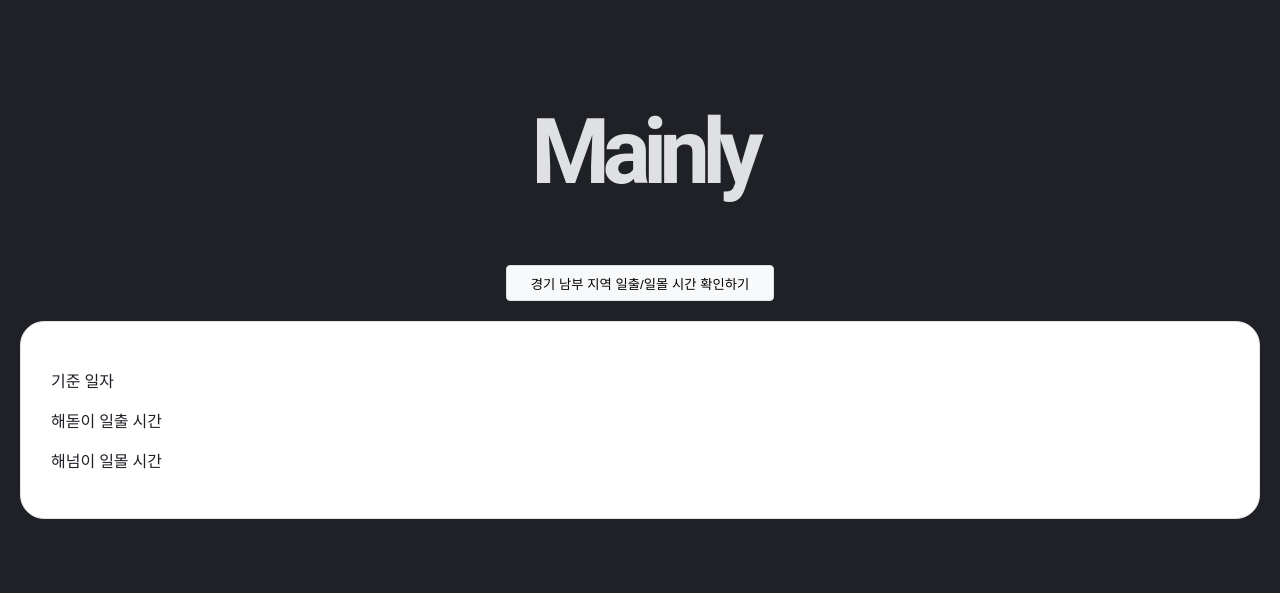
Repository: M1NARTY/WebProgramming
Page: sunsetSunrise.html
The author's editor kept a copy of each file at every save. The page is drawn from the files as they stood at one save, then again after the next save.
The browser window is 1280 px wide. The pictures show the whole page.

Above is the page before, as saved 2023-12-21 01:26:15.
Console error: ReferenceError: currentDate is not defined

After the next save:
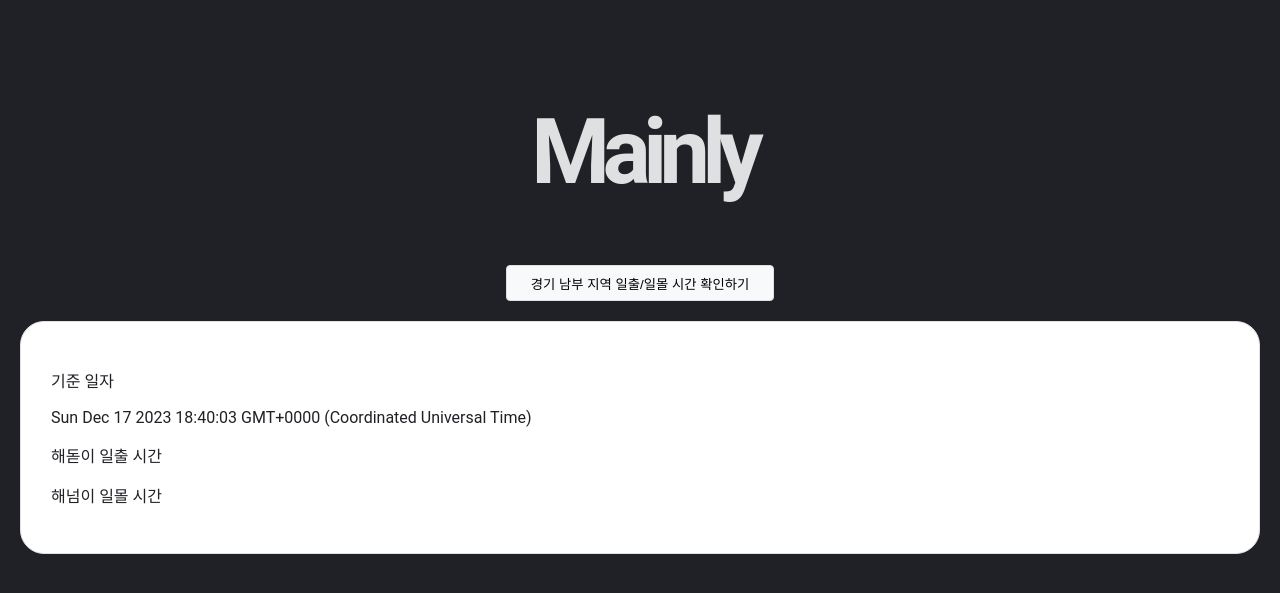
The error is gone.
Saved 37 s later.
--- a/sunsetSunrise.html
+++ b/sunsetSunrise.html
@@ -4,9 +4,7 @@
         <meta charset="UTF-8">
         <title>Mainly Sun</title>
         <link rel="stylesheet" href="css/sunsetSunrise.css">
-        <script defer src="js/sun.js">
-            var currentDate = new Date();
-        </script>
+        <script defer src="js/sun.js"></script>
     </head>
     <body>
         <h1 class="title">
@@ -23,7 +21,10 @@
         <div class="sunBox">
             <dl>
                 <p>기준 일자</p>
-                <p id="date"><script>document.write(currentDate)</script></p>
+                <p id="date"><script>
+                var currentDate = new Date();
+                document.write(currentDate)
+                </script></p>
                 <p>해돋이 일출 시간</p>
                 <p id="riseTime"></p>
                 <p>해넘이 일몰 시간</p>
